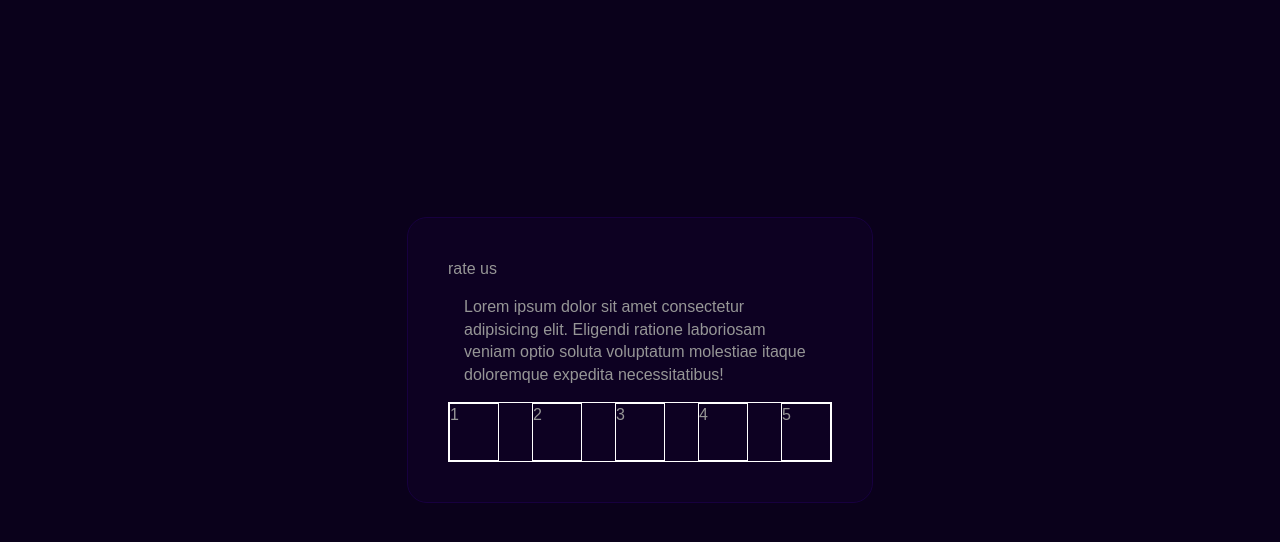
Repository: russel-success/xcodepp-TASK-2
Page: index.html
These files come from the project's save history. The page is drawn as it stood at one moment and after the next save; the edit follows.
The browser window is 1280 px wide. The pictures show the whole page.

Above is the page before, as saved 2024-05-24 23:00:20.

After the next save:
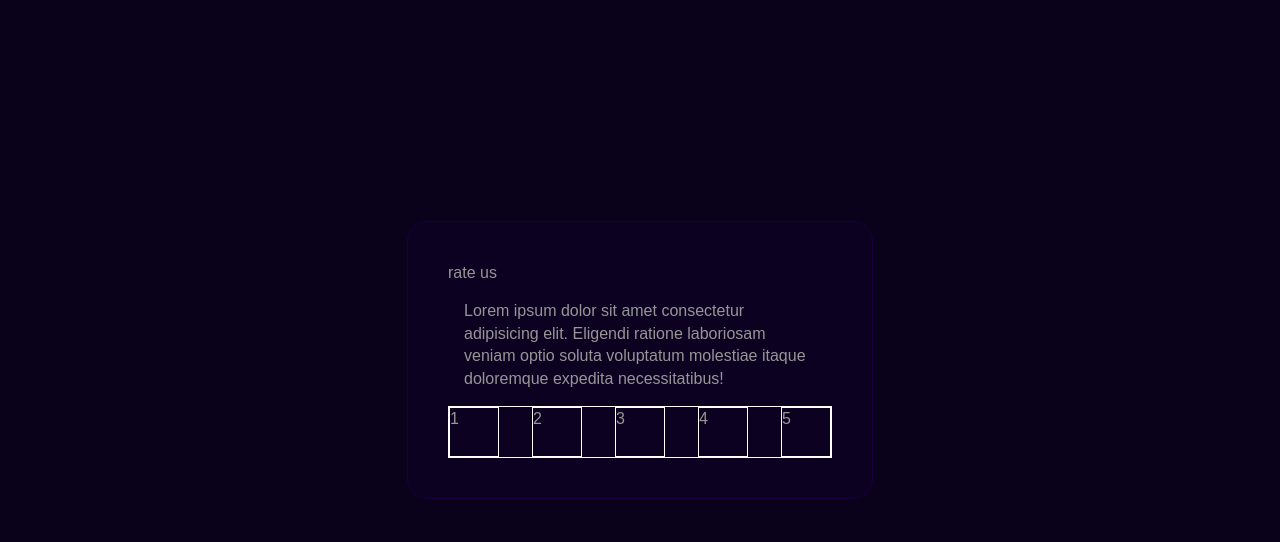
Saved 4 s later.
--- a/styles/styles.css
+++ b/styles/styles.css
@@ -43,5 +43,5 @@
 .rating{
     border:1px solid white;
     width:48px;
-    height:56px;
+    height:48px;
 }
